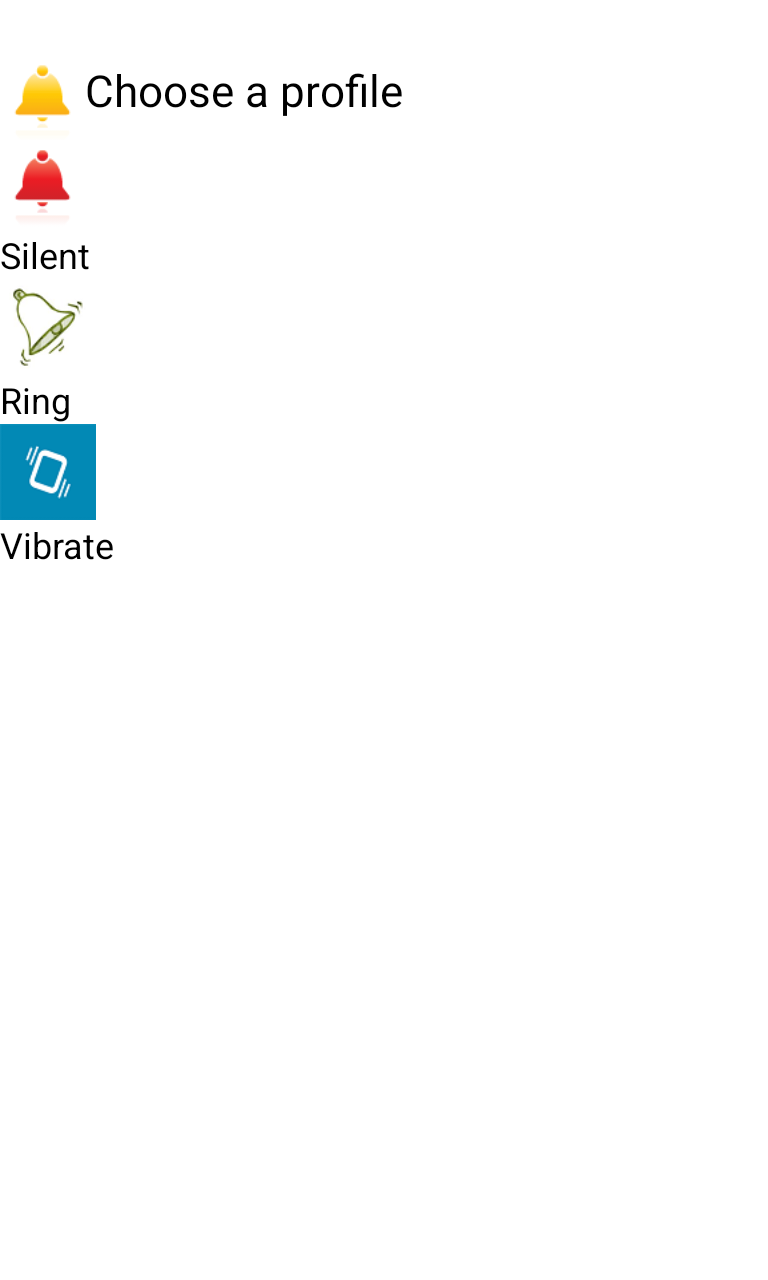
Repository: born2behappy18/meetingMiliue
Layout: MeetingMileu/res/layout/profile.xml
An editor plug-in stored every save of this project. The layout is shown before and after the next save, followed by the edit.
It is drawn on a 768 x 1280 px phone screen (xhdpi) without system bars, with theme AppTheme; the app's code is not run.

Above is the layout before, as saved 2015-10-13 11:13:21.

### MeetingMileu/res/layout/profile.xml
<?xml version="1.0" encoding="utf-8"?>
<LinearLayout xmlns:android="http://schemas.android.com/apk/res/android"
    android:layout_width="match_parent"
    android:layout_height="match_parent"
    android:orientation="vertical" >
<LinearLayout
    android:layout_width="match_parent"
    android:layout_height="wrap_content"
    android:orientation="horizontal"
    android:layout_marginTop="30dp">
    <ImageView
        android:id="@+id/imageView1"
        android:layout_width="wrap_content"
        android:layout_height="wrap_content"
        android:src="@drawable/alarm" />

    <TextView
        android:id="@+id/textView1"
        android:layout_width="wrap_content"
        android:layout_height="wrap_content"
        android:text="Choose a profile"
        android:textAppearance="?android:attr/textAppearanceLarge" />
</LinearLayout>
    <ImageView
        android:id="@+id/imageView2"
        android:layout_width="wrap_content"
        android:layout_height="wrap_content"
        android:src="@drawable/silent" />

    <TextView
        android:id="@+id/textView2"
        android:layout_width="wrap_content"
        android:layout_height="wrap_content"
        android:text="Silent"
        android:textAppearance="?android:attr/textAppearanceMedium" />

    <ImageView
        android:id="@+id/imageView3"
        android:layout_width="wrap_content"
        android:layout_height="wrap_content"
        android:src="@drawable/ring" />

    <TextView
        android:id="@+id/textView3"
        android:layout_width="wrap_content"
        android:layout_height="wrap_content"
        android:text="Ring"
        android:textAppearance="?android:attr/textAppearanceMedium" />

    <ImageView
        android:id="@+id/imageView4"
        android:layout_width="wrap_content"
        android:layout_height="wrap_content"
        android:src="@drawable/vibrate" />

    <TextView
        android:id="@+id/textView4"
        android:layout_width="wrap_content"
        android:layout_height="wrap_content"
        android:text="Vibrate"
        android:textAppearance="?android:attr/textAppearanceMedium" />

</LinearLayout>

Loaded but not shown: MeetingMileu/res/values/styles.xml (common file); MeetingMileu/res/values-v11/styles.xml (common file); MeetingMileu/res/values-v14/styles.xml (common file)

After the next save:
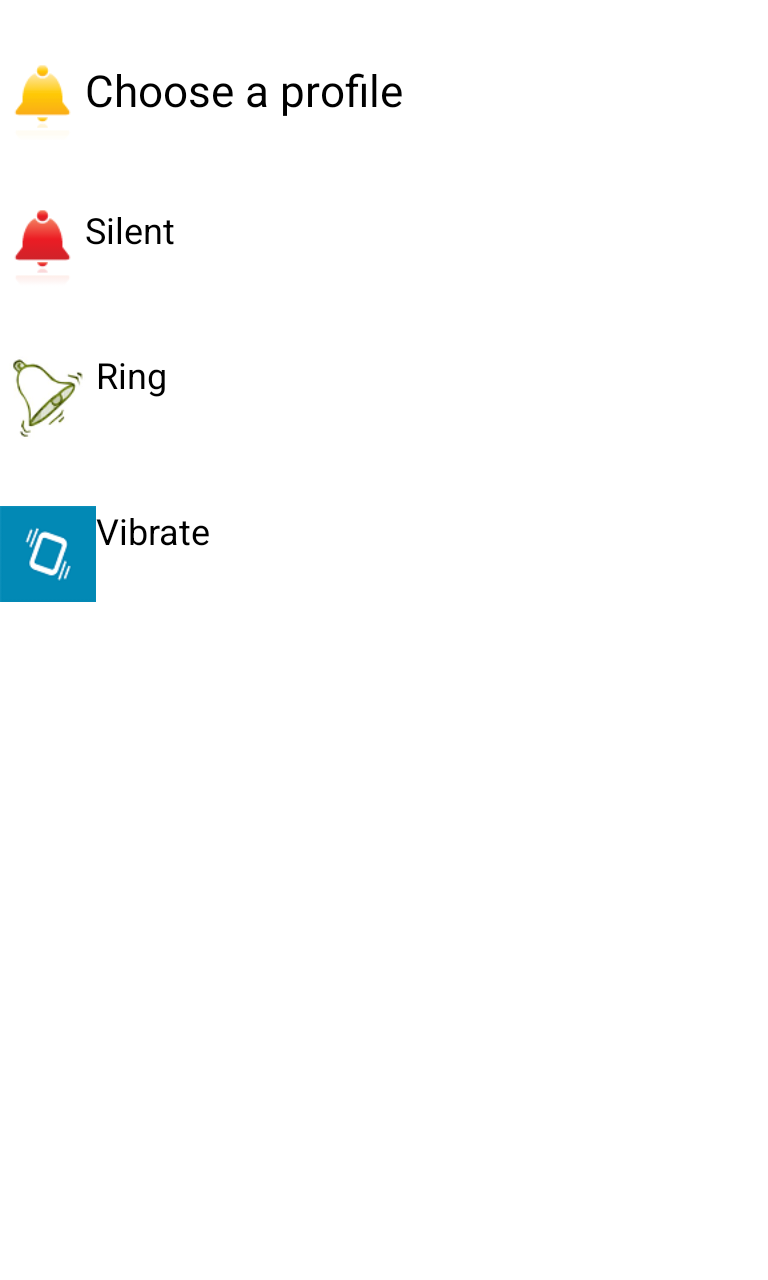
Saved 47 s later.
--- a/MeetingMileu/res/layout/profile.xml
+++ b/MeetingMileu/res/layout/profile.xml
@@ -21,6 +21,11 @@
         android:text="Choose a profile"
         android:textAppearance="?android:attr/textAppearanceLarge" />
 </LinearLayout>
+<LinearLayout
+    android:layout_width="match_parent"
+    android:layout_height="wrap_content"
+    android:orientation="horizontal"
+    android:layout_marginTop="30dp">
     <ImageView
         android:id="@+id/imageView2"
         android:layout_width="wrap_content"
@@ -33,7 +38,12 @@
         android:layout_height="wrap_content"
         android:text="Silent"
         android:textAppearance="?android:attr/textAppearanceMedium" />
-
+</LinearLayout>
+<LinearLayout
+    android:layout_width="match_parent"
+    android:layout_height="wrap_content"
+    android:orientation="horizontal"
+    android:layout_marginTop="30dp">
     <ImageView
         android:id="@+id/imageView3"
         android:layout_width="wrap_content"
@@ -46,7 +56,12 @@
         android:layout_height="wrap_content"
         android:text="Ring"
         android:textAppearance="?android:attr/textAppearanceMedium" />
-
+</LinearLayout>
+<LinearLayout
+    android:layout_width="match_parent"
+    android:layout_height="wrap_content"
+    android:orientation="horizontal"
+    android:layout_marginTop="30dp">
     <ImageView
         android:id="@+id/imageView4"
         android:layout_width="wrap_content"
@@ -59,5 +74,5 @@
         android:layout_height="wrap_content"
         android:text="Vibrate"
         android:textAppearance="?android:attr/textAppearanceMedium" />
-
 </LinearLayout>
+</LinearLayout>
